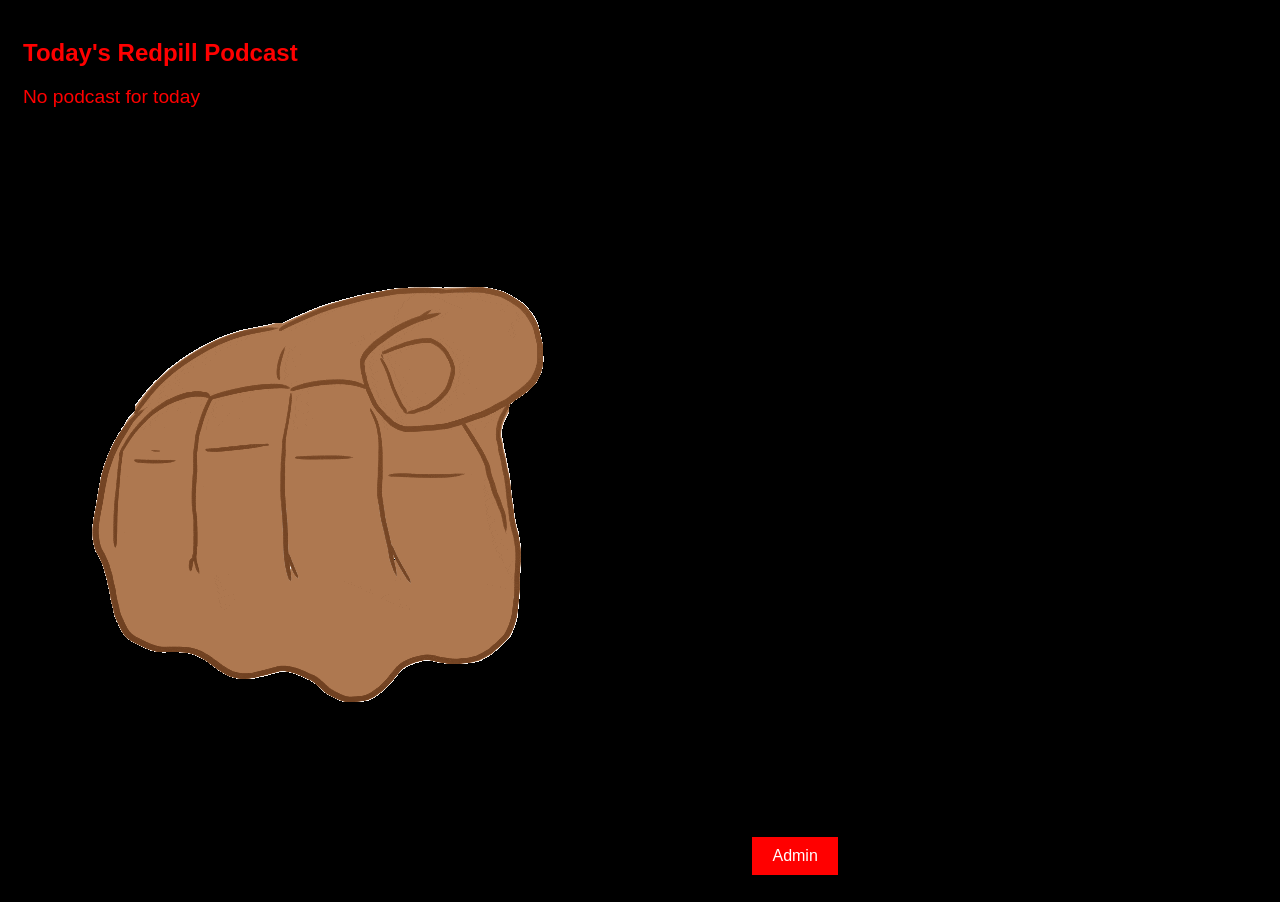
Repository: fechinmitchell/thedailyonepercent
Page: popup.html
These files come from the project's save history. The page is drawn as it stood at one moment and after the next save; the edit follows.
The browser window is 1280 px wide. The pictures show the whole page.

Above is the page before, as saved 2023-06-21 21:11:13.

### popup.html
<!DOCTYPE html>
<html>
<head>
  <link rel="stylesheet" type="text/css" href="popup.css">
</head>
<body>
  <h1>Today's Redpill Podcast</h1>
  <p id="podcast"></p>
  <img id="logo" src="icon.gif" alt="Redpill Logo">
  <button id="admin-button">Admin</button>
  <script src="popup.js"></script>
</body>
</html>

### popup.css
body {
    background-color: #000;
    color: #f00;
    font-family: Arial, sans-serif;
    padding: 15px;
  }

  h1 {
    font-size: 1.5em;
    margin-bottom: 10px;
  }

  #podcast {
    font-size: 1.2em;
    margin-bottom: 20px;
  }

  button {
    background-color: #f00;
    border: none;
    color: #fff;
    padding: 10px 20px;
    text-align: center;
    text-decoration: none;
    display: inline-block;
    font-size: 16px;
    margin: 4px 2px;
    cursor: pointer;
  }

### popup.js
document.addEventListener('DOMContentLoaded', function() {
    var date = new Date();
    var dayOfMonth = date.getDate();
    var podcast = null;
    try {
      podcast = JSON.parse(localStorage.getItem(dayOfMonth));
    } catch (e) {
      console.error('Failed to parse podcast data', e);
    }

    var podcastElement = document.getElementById('podcast');
    if (podcast && podcast.name && podcast.link) {
      var link = document.createElement('a');
      link.href = podcast.link;
      link.target = "_blank"; // open in new tab
      link.innerText = podcast.name;
      podcastElement.appendChild(link);
    } else {
      podcastElement.innerText = 'No podcast for today';
    }

    var clickCount = 0;
    document.getElementById('logo').addEventListener('click', function() {
      clickCount++;
      if (clickCount == 2) {
        var password = prompt('Enter password');
        if (password == 'your_password_here') {
          var newPodcastName = prompt('Enter the name of the podcast for ' + dayOfMonth);
          var newPodcastLink = prompt('Enter the link to the podcast for ' + dayOfMonth);
          localStorage.setItem(dayOfMonth, JSON.stringify({ name: newPodcastName, link: newPodcastLink }));
        }
        clickCount = 0;
      }
    });

    document.getElementById('admin-button').addEventListener('click', function() {
      var password = prompt('Enter password');
      if (password == 'your_password_here') {
        var newPodcastName = prompt('Enter the name of the podcast for ' + dayOfMonth);
        var newPodcastLink = prompt('Enter the link to the podcast for ' + dayOfMonth);
        localStorage.setItem(dayOfMonth, JSON.stringify({ name: newPodcastName, link: newPodcastLink }));
      }
    });
  });

After the next save:
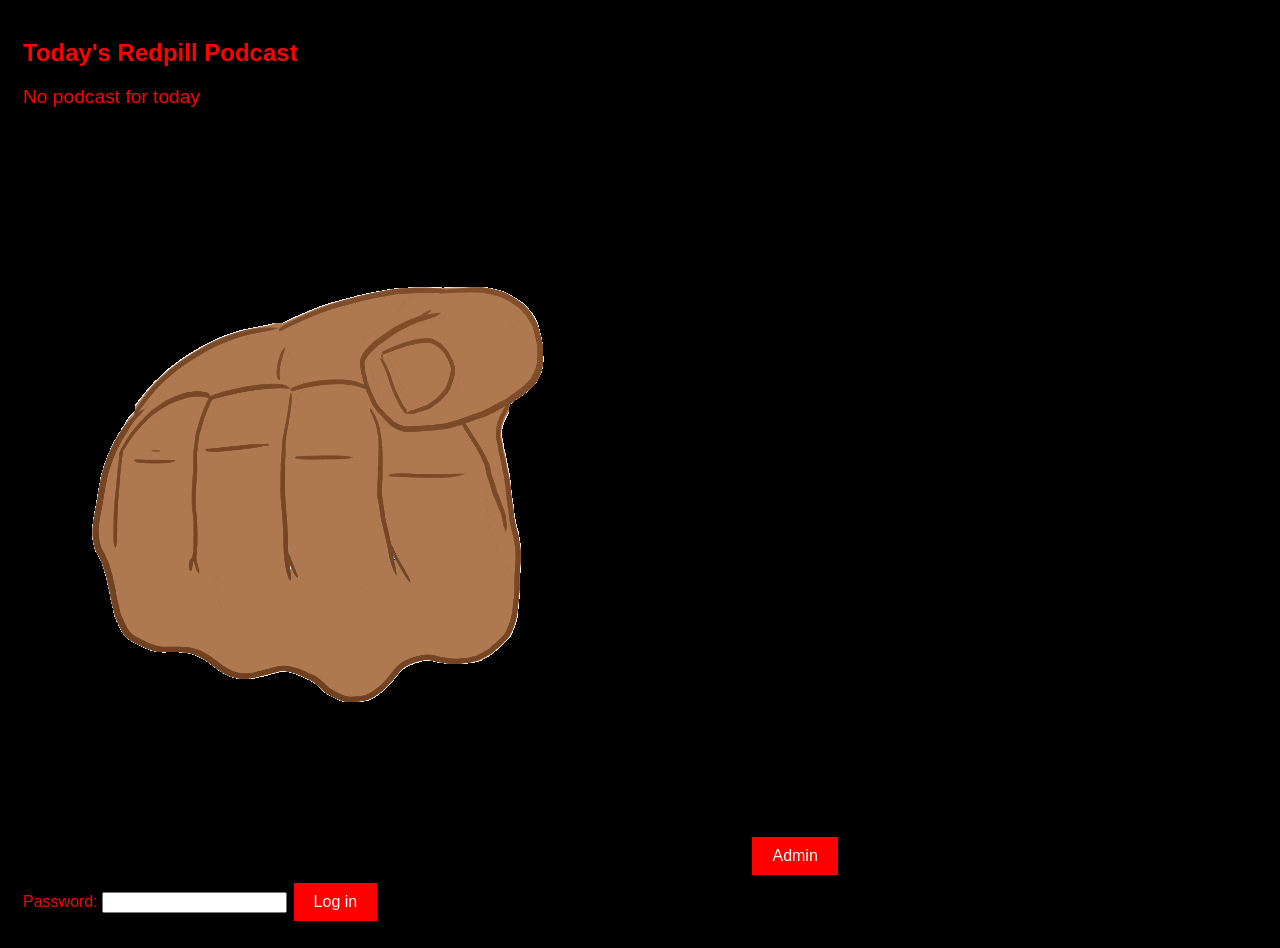
Saved 81 s later.
--- a/popup.html
+++ b/popup.html
@@ -8,6 +8,15 @@
   <p id="podcast"></p>
   <img id="logo" src="icon.gif" alt="Redpill Logo">
   <button id="admin-button">Admin</button>
+
+  <div id="loginPopup" class="popup">
+    <div class="popup-content">
+      <label for="password">Password:</label>
+      <input type="password" id="password" name="password">
+      <button type="button" id="loginButton">Log in</button>
+    </div>
+  </div>
+
   <script src="popup.js"></script>
 </body>
 </html>
